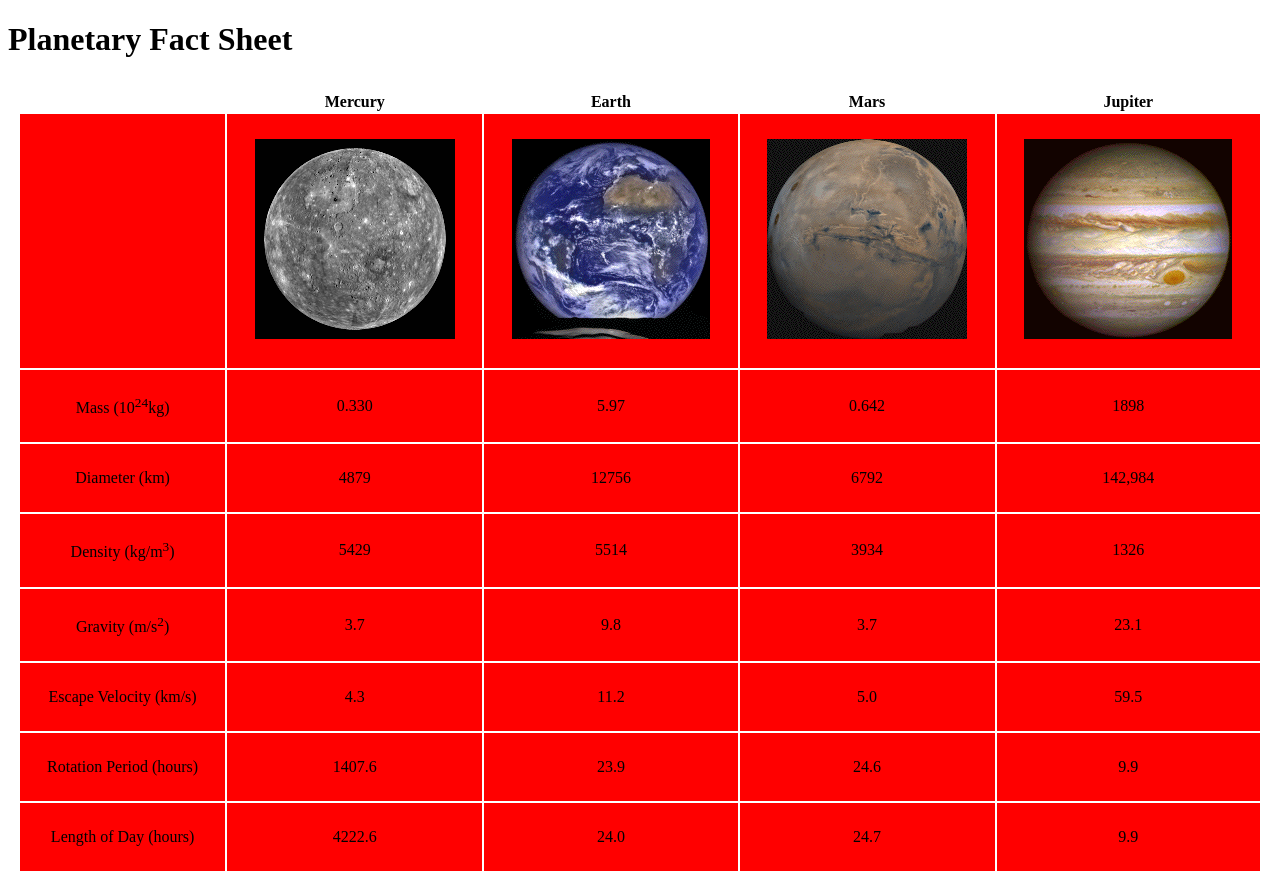
Repository: rishondass/ITMD361-Lab5
Page: index.html
The author's editor kept a copy of each file at every save. The page is drawn from the files as they stood at one save, then again after the next save.
The browser window is 1280 px wide. The pictures show the whole page.

Above is the page before, as saved 2023-02-22 19:10:05.

### index.html
<!DOCTYPE html>
<html lang="en">
<head>
  <meta charset="utf-8">
  <title>Planetary Fact Sheet</title>
  <link rel="stylesheet" href="css/style.css">
</head>
<body>
  <h1>Planetary Fact Sheet</h1>
  <table id="planets">
    <thead>
      <tr>
        <th></th>
        <th>Mercury</th>
        <th>Earth</th>
        <th>Mars</th>
        <th>Jupiter</th>
      </tr>
    </thead>
    <tbody>
      <tr>
        <td></td>
        <td><img src="images/mercury.gif" alt="image_of_Mercury"></td>
        <td><img src="images/earth.gif" alt="image_of_Earth"></td>
        <td><img src="images/mars.gif" alt="image_of_Mars"></td>
        <td><img src="images/jupiter.gif" alt="image_of_Jupiter"></td>
      </tr>
      <tr class="data">
        <td>Mass (10<sup>24</sup>kg)</td>
        <td>0.330</td>
        <td>5.97</td>
        <td>0.642</td>
        <td>1898</td>
      </tr>
      <tr class="data">
        <td>Diameter (km)</td>
        <td>4879</td>
        <td>12756</td>
        <td>6792</td>
        <td>142,984</td>
      </tr>
      <tr class="data">
        <td>Density (kg/m<sup>3</sup>)</td>
        <td>5429</td>
        <td>5514</td>
        <td>3934</td>
        <td>1326</td>
      </tr>
      <tr class="data">
        <td>Gravity (m/s<sup>2</sup>)</td>
        <td>3.7</td>
        <td>9.8</td>
        <td>3.7</td>
        <td>23.1</td>
      </tr>
      <tr class="data">
        <td>Escape Velocity (km/s)</td>
        <td>4.3</td>
        <td>11.2</td>
        <td>5.0</td>
        <td>59.5</td>
      </tr>
      <tr class="data">
        <td>Rotation Period (hours)</td>
        <td>1407.6</td>
        <td>23.9</td>
        <td>24.6</td>
        <td>9.9</td>
      </tr>
      <tr class="data">
        <td>Length of Day (hours)</td>
        <td>4222.6</td>
        <td>24.0</td>
        <td>24.7</td>
        <td>9.9</td>
      </tr>
    </tbody>
  </table>
</body>

### css/style.css
#planets {
	border: none;
  padding: 10px;
  /* background-color: aqua; */
  width: 100%;
  text-align: center;
  /* height: 80vh; */
}

#planets tr td{
  background-color: red;
  padding: 25px;
}

tbody:nth-child(even){
  background-color: rgb(55, 0, 255);
}

After the next save:
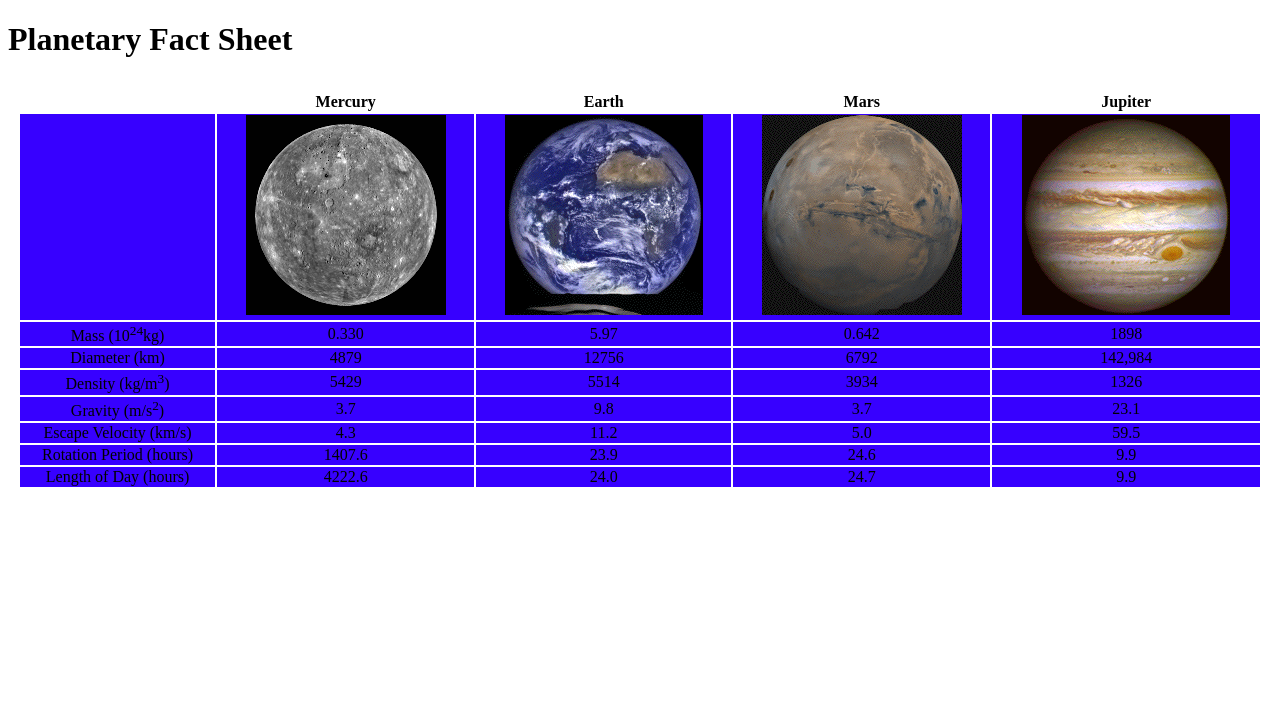
Saved 7 s later.
--- a/css/style.css
+++ b/css/style.css
@@ -7,7 +7,7 @@
   /* height: 80vh; */
 }
 
-#planets tr td{
+tbody{
   background-color: red;
   padding: 25px;
 }

After the save that followed:
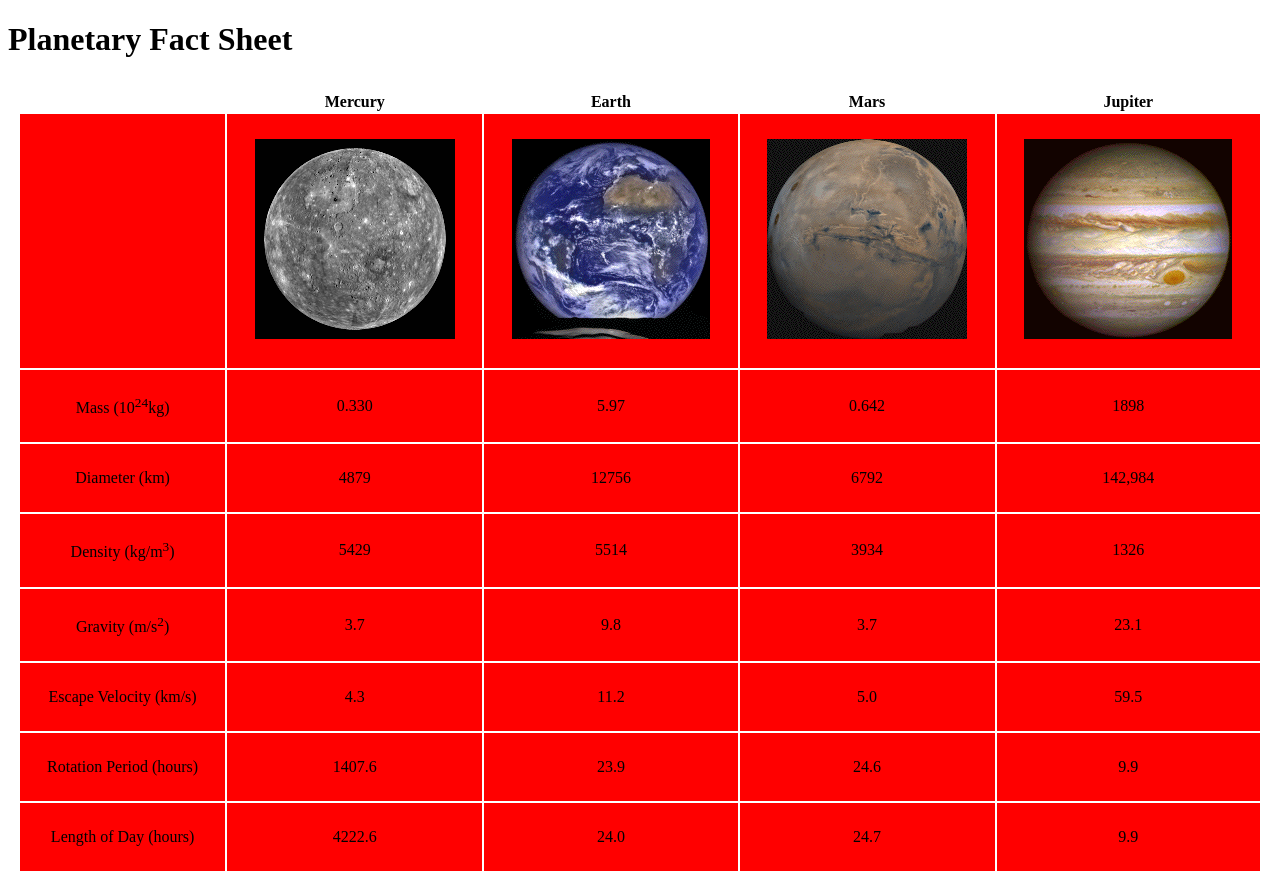
Saved 5 s later.
--- a/css/style.css
+++ b/css/style.css
@@ -7,7 +7,7 @@
   /* height: 80vh; */
 }
 
-tbody{
+tbody td{
   background-color: red;
   padding: 25px;
 }
